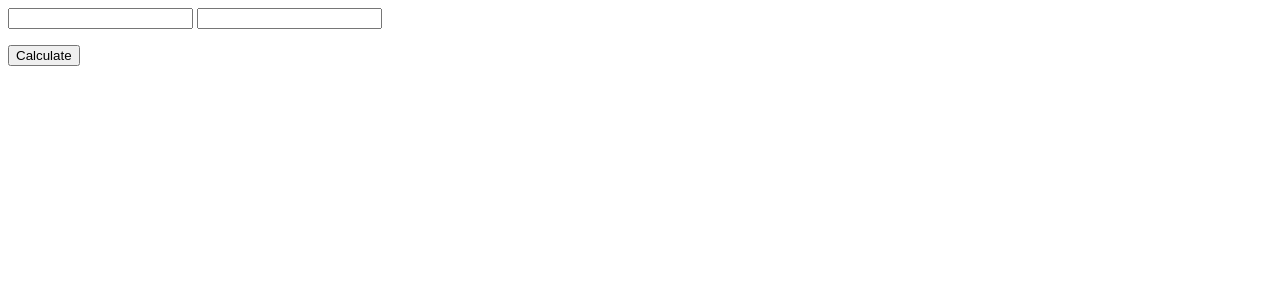
Repository: KHALIFASAID2020/Javascript-UDEMY-WEB
Page: index3.html
The author's editor kept a copy of each file at every save. The page is drawn from the files as they stood at one save, then again after the next save.
The browser window is 1280 px wide. The pictures show the whole page.

Above is the page before, as saved 2019-10-22 00:34:12.

### index3.html
<!DOCTYPE html>
<html lang="en">
<head>
    <meta charset="UTF-8">
    <meta name="viewport" content="width=device-width, initial-scale=1.0">
    <meta http-equiv="X-UA-Compatible" content="ie=edge">
    <script>
        function calc(){
          val1=  document.getElementById("val1").value;
          val2=document.getElementById("val2").value;
          document.getElementById("result").innerHTML=(val1*val2);
        }
    </script>
    <title>Document</title>
</head>
<body>
    <input type="text" id="val1">
    <input type="text" id="val2">
    <p id="result"></p>

    <button onClick="calc()">Calculate</button>
</body>
</html>

After the next save:
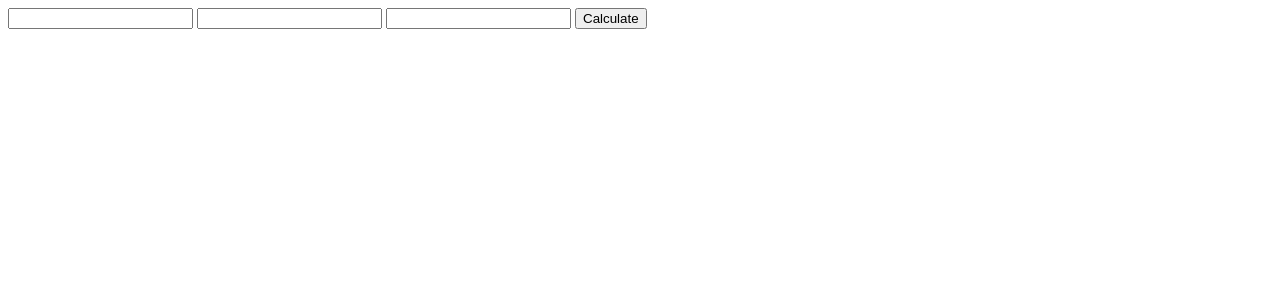
Saved 38 s later.
--- a/index3.html
+++ b/index3.html
@@ -16,7 +16,8 @@
 <body>
     <input type="text" id="val1">
     <input type="text" id="val2">
-    <p id="result"></p>
+   <!--  <p id="result"></p> -->
+   <input type="text" id="result">
 
     <button onClick="calc()">Calculate</button>
 </body>
